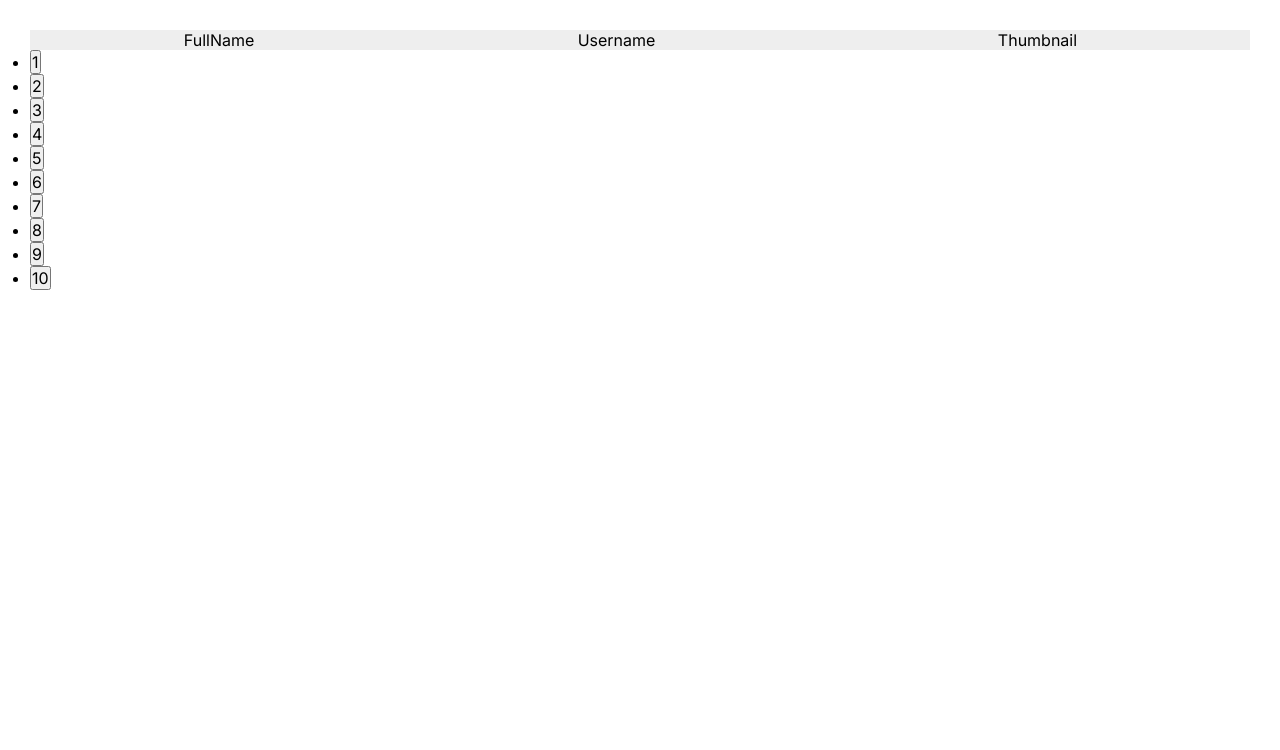
Repository: hoang0508/Test-FrontendReactJs-Twendee
Page: /
These files come from the project's save history. The page is drawn as it stood at one moment and after the next save; the edit follows.
The browser window is 1280 px wide. The pictures show the whole page.
The page's requests for data from a server got no answer. The project was rebuilt for these pictures with package versions that can differ from the ones it lists, and the page was loaded fresh each time. No one was signed in, and anything a server would have sent is missing.

Above is the page before, as saved 2023-02-06 21:31:31.

After the next save:
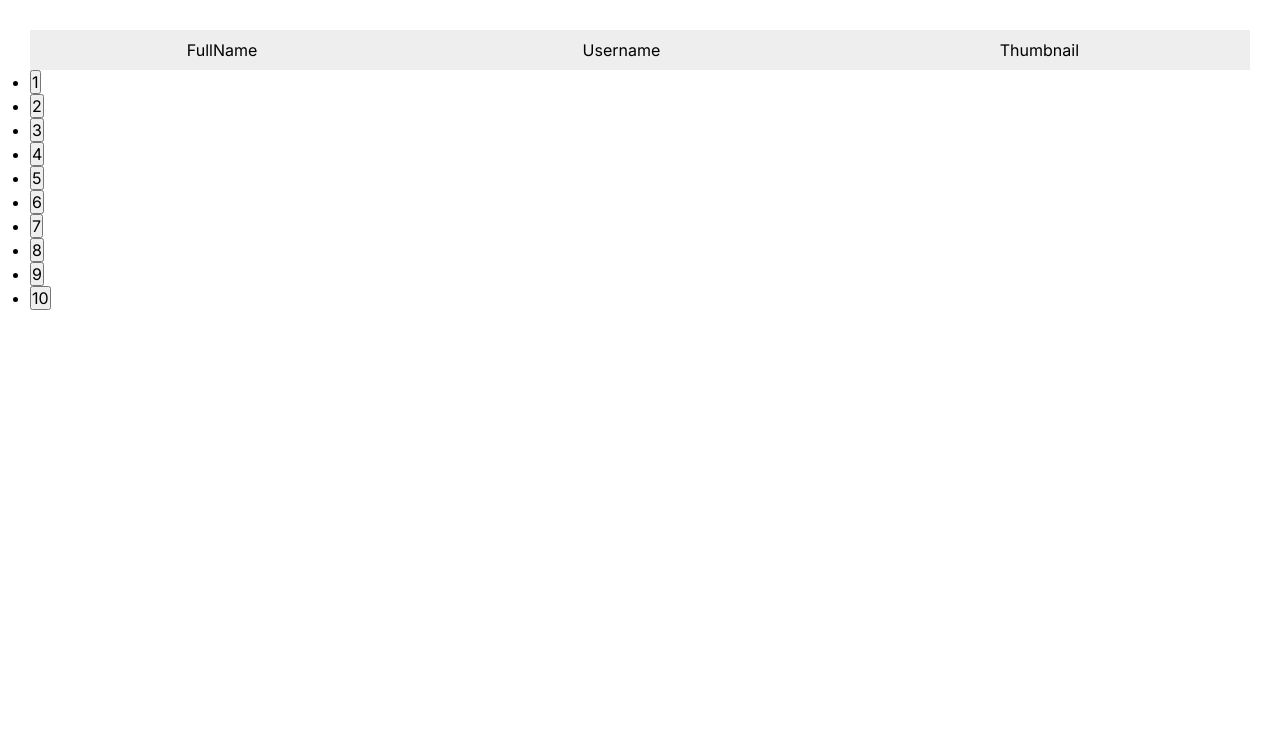
Saved 19 s later.
--- a/src/components/UserTable.scss
+++ b/src/components/UserTable.scss
@@ -8,7 +8,9 @@
 
   thead {
     background-color: #eee;
-    padding: 10px;
+    th {
+      padding: 10px;
+    }
   }
 
   td {
